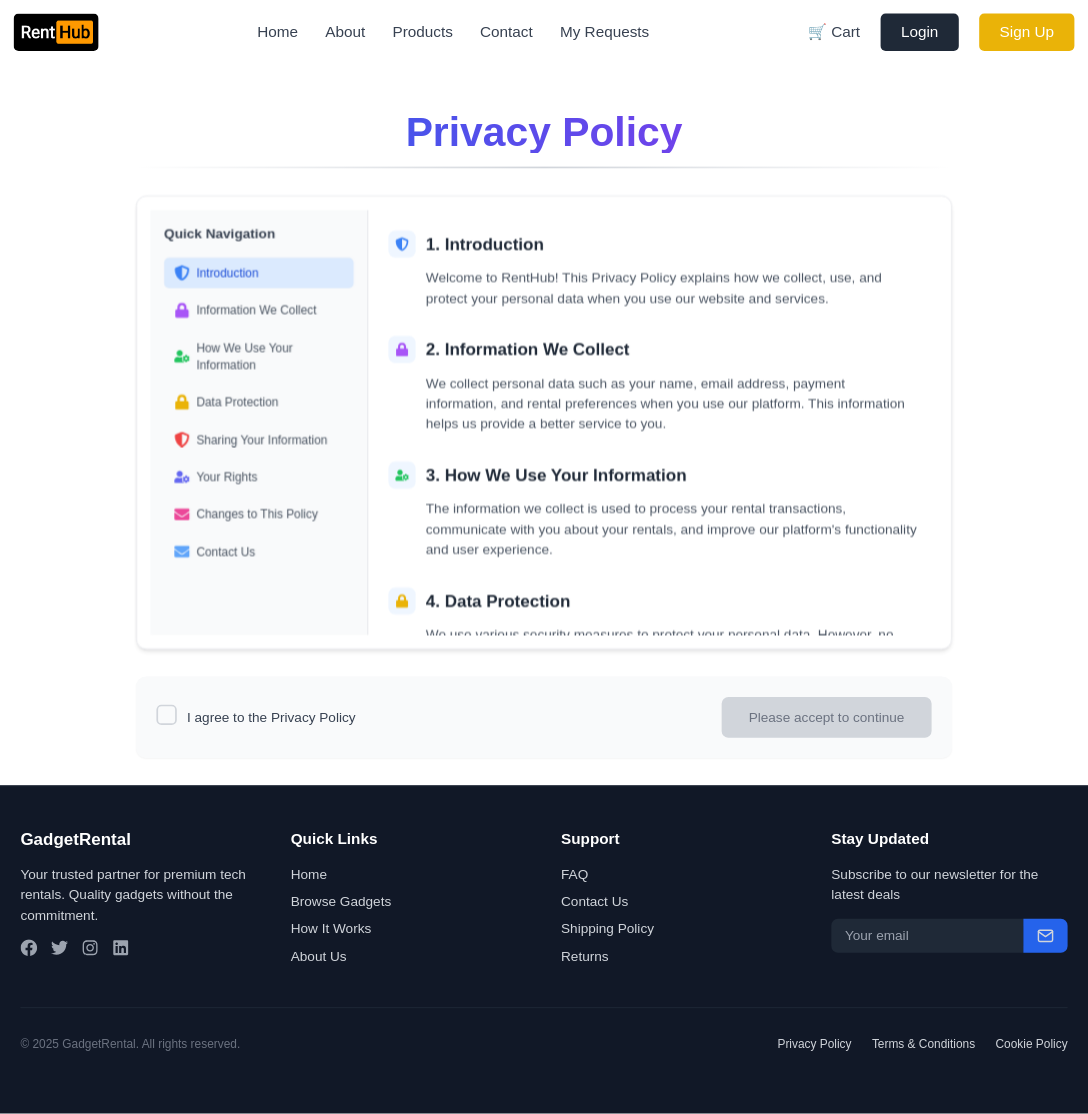
Repository: aayushg07/Renthub
Page: /privacy
An editor plug-in stored every save of this project. The page is shown before and after the next save, followed by the edit.
The browser window is 1280 px wide. The pictures show the whole page, at 85% of full size.
An inner scrolling area shows only its first screen. The project was rebuilt for these pictures with package versions that can differ from the ones it lists, and the page was loaded fresh each time. The framework's server and built-in components were replaced by stand-ins that run in the browser. Also part of the build but not shown: next.config.ts.

Above is the page before, as saved 2025-04-02 00:25:05.

After the next save:
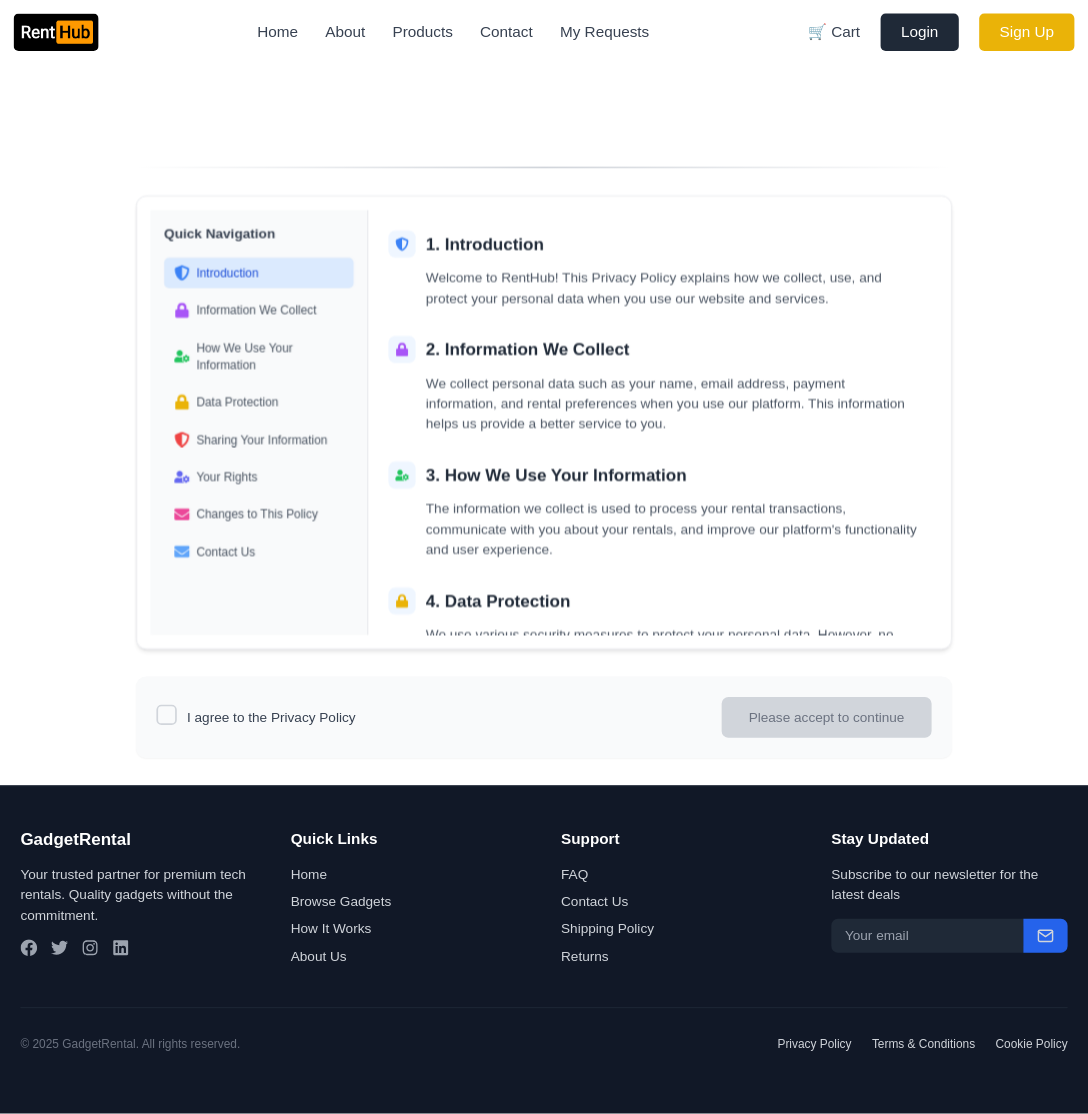
Saved 10 s later.
--- a/app/privacy/page.tsx
+++ b/app/privacy/page.tsx
@@ -78,7 +78,7 @@ export default function PrivacyPolicy() {
         transition={{ duration: 0.5 }}
         className="text-center mb-8"
       >
-        <h1 className="text-4xl md:text-5xl font-extrabold bg-gradient-to-r from-blue-600 to-purple-600 bg-clip-text text-transparent">
+        <h1 className="text-4xl md:text-5xl font-extrabold bg-white bg-clip-text text-transparent">
           Privacy Policy
         </h1>
 
